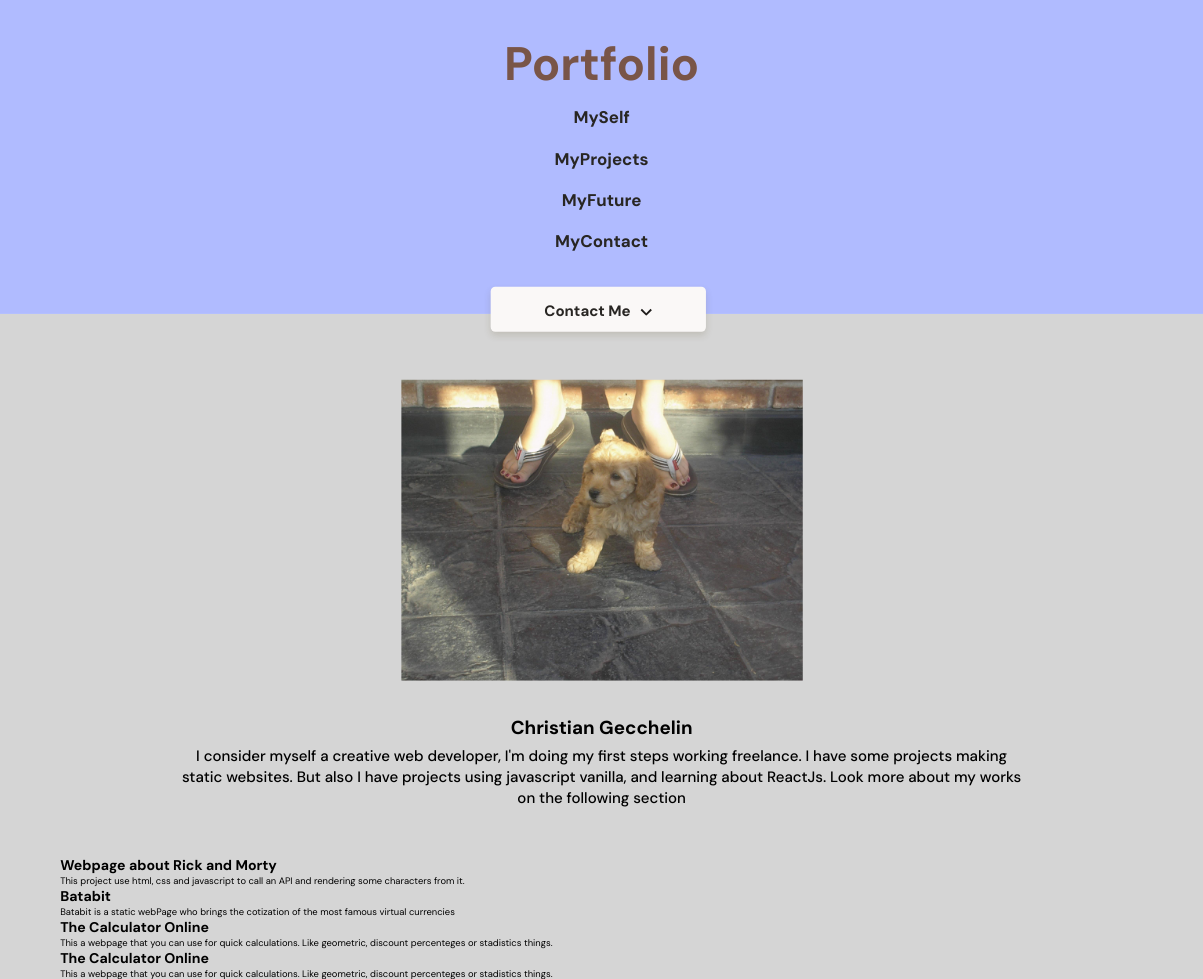
Repository: ChristianGecchelin/PortfolioOnline
Page: index.html
The author's editor kept a copy of each file at every save. The page is drawn from the files as they stood at one save, then again after the next save.
The browser window is 1280 px wide. The pictures show the whole page, at 94% of full size.

Above is the page before, as saved 2022-01-10 11:07:53.

### index.html
<!DOCTYPE html>
<html lang="en">
  <head>
    <meta charset="UTF-8" />
    <meta http-equiv="X-UA-Compatible" content="IE=edge" />
    <meta name="viewport" content="width=device-width, initial-scale=1.0" />
    <title>Portfolio Christian</title>
    <link rel="preconnect" href="https://fonts.googleapis.com" />
    <link rel="preconnect" href="https://fonts.gstatic.com" crossorigin />
    <link
      href="https://fonts.googleapis.com/css2?family=DM+Sans:wght@400;500;700&family=Inter:wght@300;500&display=swap"
      rel="stylesheet"
    />
    <link rel="stylesheet" href="./styles/styles.css" />
  </head>
  <body>
    <header>
      <nav>
        <h1>Portfolio</h1>
        <ul class="list-container">
          <li class="list-container-link">
            <a class="" href="">MySelf</a>
          </li>
          <li class="list-container-link">
            <a class="" href="">MyProjects</a>
          </li>
          <li class="list-container-link">
            <a class="" href="">MyFuture</a>
          </li>
          <li class="list-container-link">
            <a class="" href="">MyContact</a>
          </li>
        </ul>
        <a class="header--nav-button" href="#MyContact">
          Contact Me<span></span
        ></a>
      </nav>
    </header>
    <main>
      <section class="principalContainer-mySelf">
        <div class="principalContainer-mySelf--image">
          <div class="image-cv"></div>
        </div>
        <div class="principalContainer-mySelf--information">
          <h2>Christian Gecchelin</h2>
          <p>
            I consider myself a creative web developer, I'm doing my first steps
            working freelance. I have some projects making static websites. But
            also I have projects using javascript vanilla, and learning about
            ReactJs. Look more about my works on the following section
          </p>
        </div>
      </section>

      <section class="principalContainer-myProject">
        <div class="rickAndMortyCharacters">
          <h2 href="">Webpage about Rick and Morty</h2>
          <div>
            <div class="img-project"></div>
            <p>
              This project use html, css and javascript to call an API and
              rendering some characters from it.
            </p>
          </div>
        </div>
        <div class="batabit">
          <h2 href="">Batabit</h2>
          <div class="img-project"></div>
          <p>
            Batabit is a static webPage who brings the cotization of the most
            famous virtual currencies
          </p>
        </div>
        <div class="calculatorProject">
          <h2 href="">The Calculator Online</h2>
          <div class="img-project"></div>
          <p>
            This a webpage that you can use for quick calculations. Like
            geometric, discount percenteges or stadistics things.
          </p>
        </div>
        <div class="calculatorProject">
          <h2 href="">The Calculator Online</h2>
          <div class="img-project"></div>
          <p>
            This a webpage that you can use for quick calculations. Like
            geometric, discount percenteges or stadistics things.
          </p>
        </div>
      </section>
      <section class="principalContainer-myFuture"></section>
      <section class="principalContainer-myContact"></section>
    </main>
  </body>
</html>

### styles/styles.css
:root {
  --strong-orange: #f7931a;
  --soft-orange: #ffe9d5;
  --secondary-blue: #1a9af7;
  --soft-blue: #e7f5ff;
  --warm-black: #201e1c;
  --black: #282623;
  --grey: #bababa;
  --off-white: #faf8f7;
  --just-white: #fff;
  --light-violet: #b0bbff;
  --strong-violet: #5764b3;
  --skin-color: #ffecb0;
  --yellow-skin-color: #fff3c9;
  --almost-brown: #b3a169;
}
* {
  box-sizing: border-box;
  margin: 0;
  padding: 0;
}
html {
  font-size: 62.5%;
  font-family: "DM Sans", sans-serif;
}
header {
  display: flex;
  flex-direction: column;
  justify-content: center;
  height: 334px;
  background: var(--light-violet);
  text-align: center;
}
header nav {
  flex-direction: column;
  justify-content: center;
  width: 90%;
  min-width: 288px;
  height: 218px;
  align-self: center;
  text-align: center;
  margin-top: -30px;
}
header nav h1 {
  font-size: 5rem;
  font-weight: 700;
  line-height: 5rem;
  color: #795548;
}

header nav .list-container-link {
  margin-top: 20px;
  list-style: none;
}
header nav .list-container-link a {
  font-size: 1.8rem;
  font-weight: 700;
  line-height: 2.4rem;
  text-decoration: none;
  color: var(--black);
}

header nav .header--nav-button {
  position: absolute;
  top: 270px;
  left: calc(50% - 118px);
  display: block;
  margin-top: 35px;
  padding: 15px;
  width: 229px;
  height: 48px;
  background-color: var(--off-white);
  font-size: 1.6rem;
  font-weight: 700;
  text-decoration: none;
  color: var(--black);
  box-shadow: 0px 4px 8px rgba(89, 73, 30, 0.16);
  border: none;
  border-radius: 5px;
}
header nav .header--nav-button span {
  display: inline-block;
  width: 13px;
  height: 8px;
  margin-left: 10px;
  background-image: url(../assets/icons/down-arrow.svg);
}
main {
  width: 100%;
  height: auto;
  background-color: #d5d5d5;
}
main .principalContainer-mySelf {
  display: flex;
  flex-direction: column;
  justify-content: center;
  width: 100%;
  min-width: 320px;
  height: auto;
  padding-top: 70px;
  text-align: center;
}
.principalContainer-mySelf--image .image-cv {
  min-width: 320px;
  height: 320px; /* luego en las otras resos lo agrando */
  margin: 0 auto;
  background-image: url(../assets/images/IMG_4340.JPG);
  background-size: contain;
  background-position: center;
  background-repeat: no-repeat;
}
.principalContainer-mySelf--information {
  width: 90%;
  min-width: 288px;
  max-width: 900px;
  text-align: center;
  align-self: center;
  padding-bottom: 50px;
}
.principalContainer-mySelf--information h2 {
  padding-top: 30px;
  font-size: 2rem;
  line-height: 4rem;
}
.principalContainer-mySelf--information p {
  font-size: 1.6rem;
  font-weight: 500;
  line-height: 2.2rem;
}
.principalContainer-myProject {
  display: flex;
  flex-direction: row;
  flex-wrap: wrap;
  justify-content: space-around;
  width: 100%;
  height: auto;
}
.principalContainer-myProject .rickAndMortyCharacters,
.principalContainer-myProject .batabit,
.principalContainer-myProject .calculatorProject {
  width: 90%;
  text-align: left;
}

After the next save:
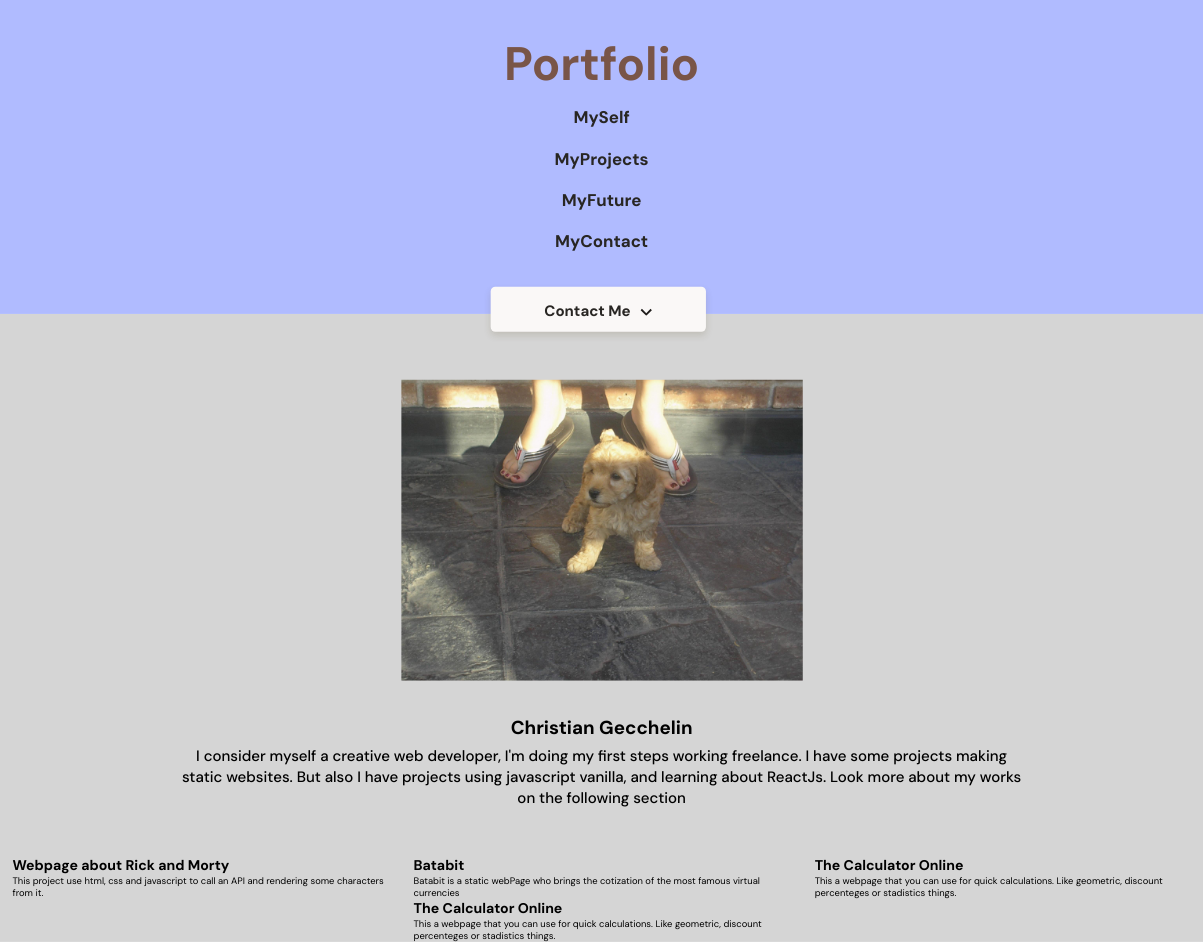
Saved 30 s later.
--- a/styles/styles.css
+++ b/styles/styles.css
@@ -139,5 +139,7 @@ main .principalContainer-mySelf {
 .principalContainer-myProject .batabit,
 .principalContainer-myProject .calculatorProject {
   width: 90%;
+  min-width: 288px;
+  max-width: 400px;
   text-align: left;
 }
